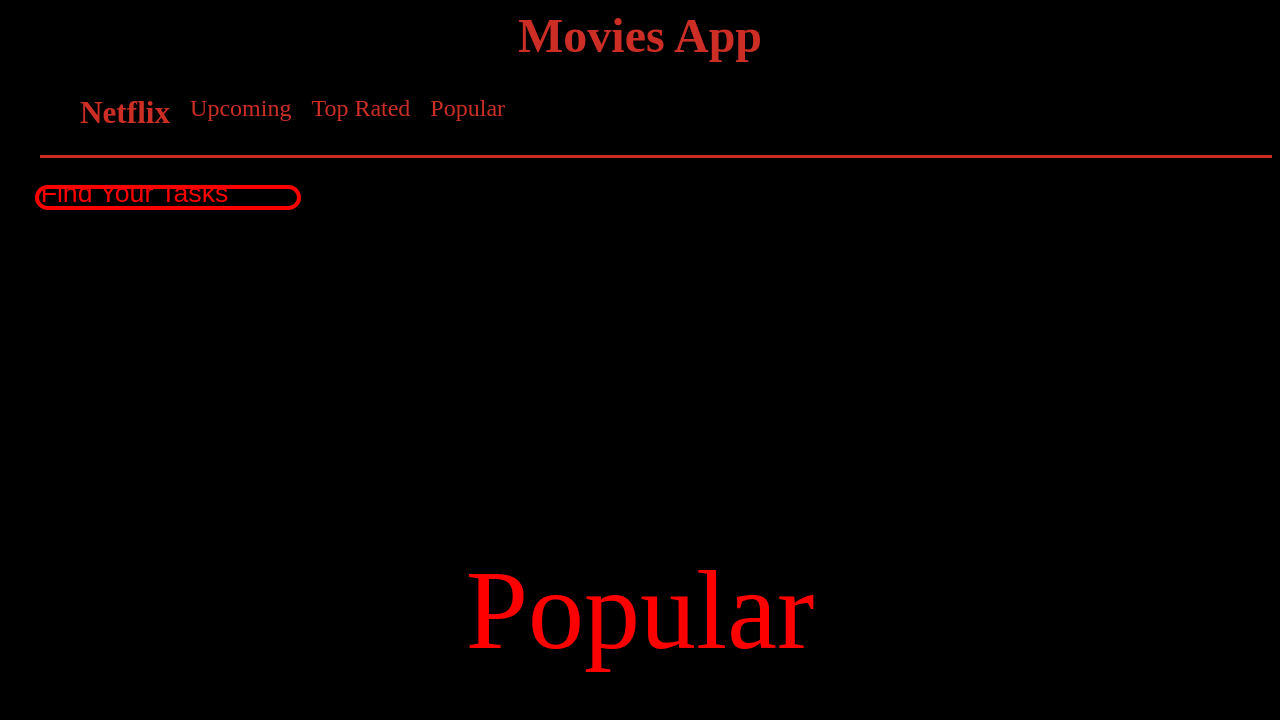
Repository: runner855/movie-app
Page: /popular
An editor plug-in stored every save of this project. The page is shown before and after the next save, followed by the edit.
The browser window is 1280 px wide. The pictures show the whole page.
The project was rebuilt for these pictures with package versions that can differ from the ones it lists, and the page was loaded fresh each time. Also part of the build but not shown: src/styles/TopRated.css, src/components/TopRated.tsx, src/styles/Upcoming.css, src/components/Upcoming.tsx.

Above is the page before, as saved 2022-11-16 17:37:05.

After the next save:
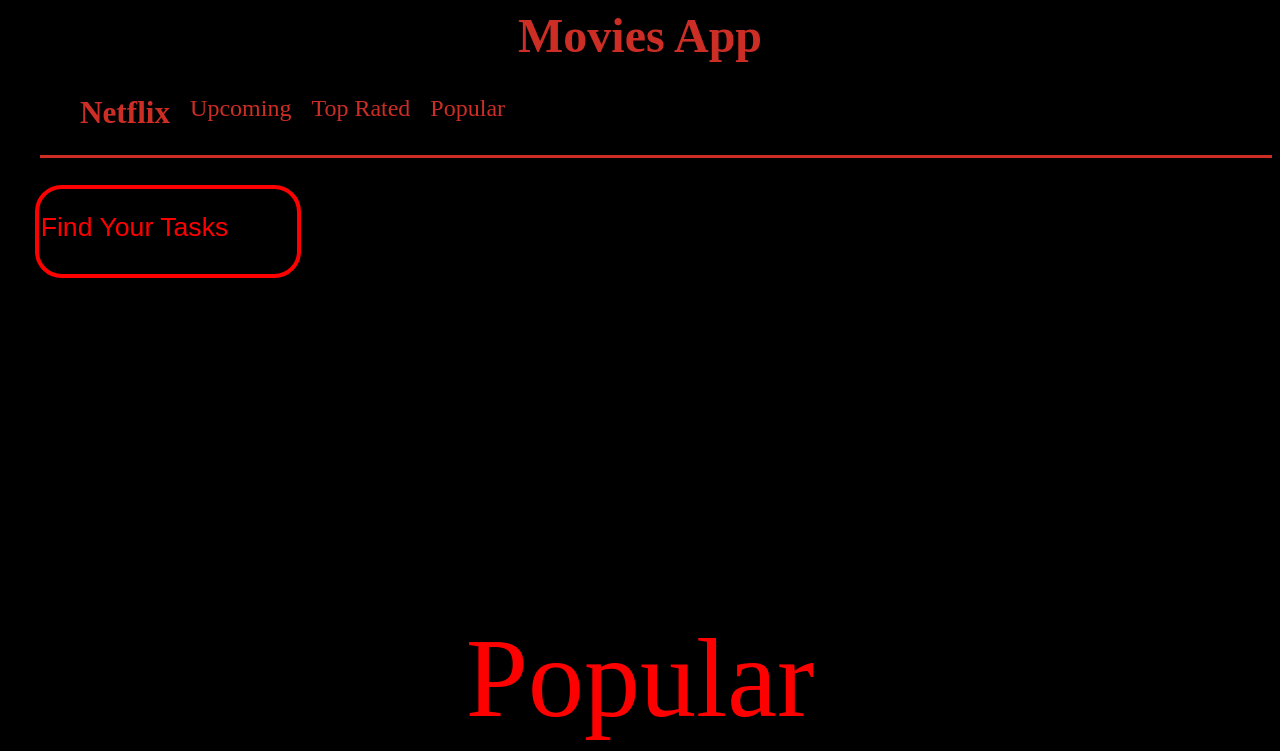
Saved 15 s later.
--- a/src/styles/MoviesFilter.css
+++ b/src/styles/MoviesFilter.css
@@ -8,6 +8,7 @@
   border-radius: 2em;
   background-color: #0000;
   width: 20em;
+  height: 7em;
 }
 
 input::placeholder {
